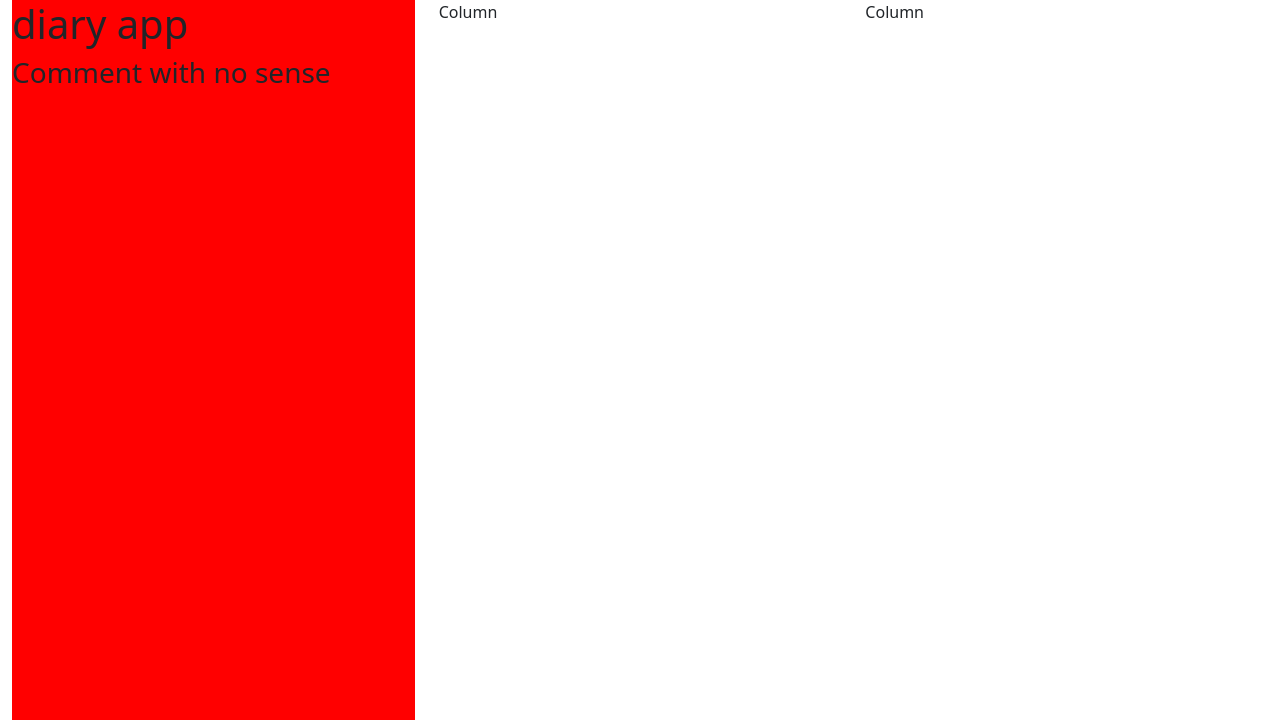
Repository: tsydikov/diary
Page: /
An editor plug-in stored every save of this project. The page is shown before and after the next save, followed by the edit.
The browser window is 1280 px wide. The pictures show the whole page.
The project was rebuilt for these pictures with package versions that can differ from the ones it lists, and the page was loaded fresh each time.

Above is the page before, as saved 2021-09-10 18:47:29.

After the next save:
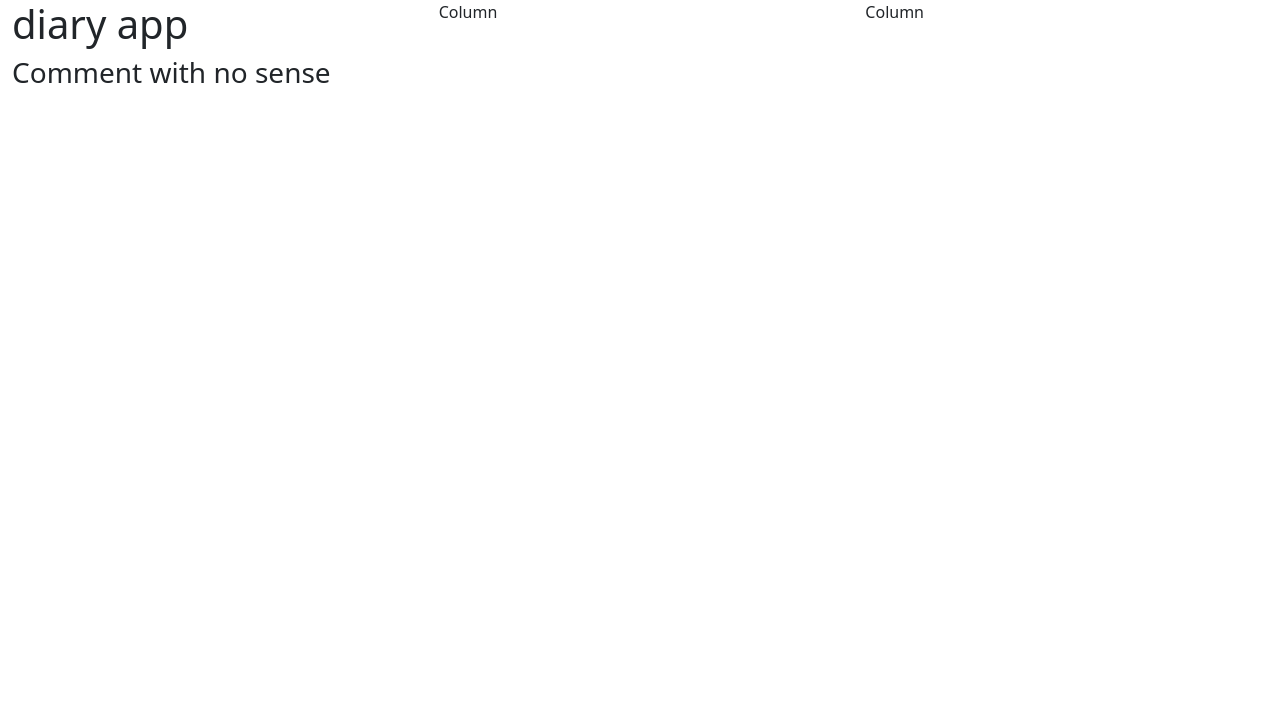
Saved 41 s later.
--- a/src/UI/Navbar/Navbar.module.css
+++ b/src/UI/Navbar/Navbar.module.css
@@ -1,4 +1,4 @@
 .container {
-    background: red;
+    /* background: red; */
     height: 100vh;
 }
